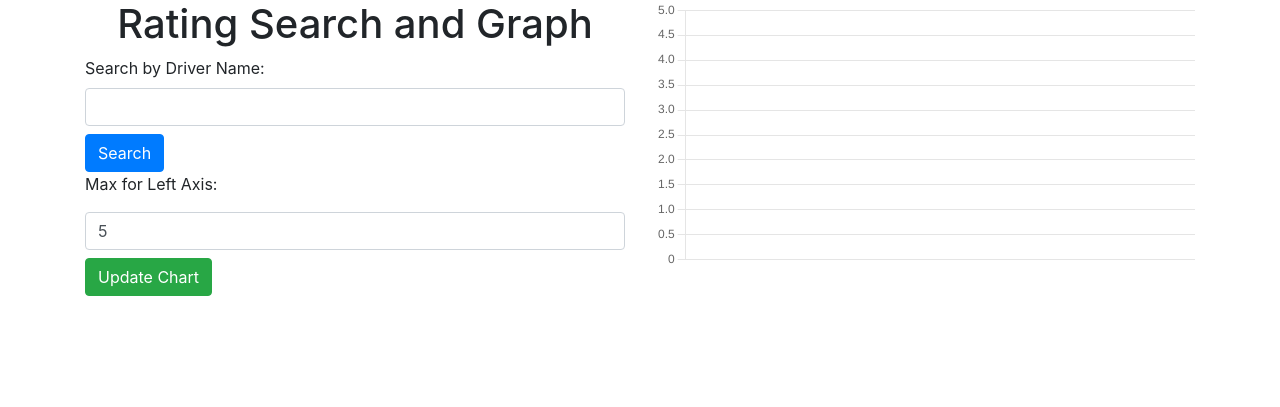
Repository: adrcstro/TrackingManagement
Page: http://localhost/tcpdf/Loginsystem/fetchdata.php
An editor plug-in stored every save of this project. The page is shown before and after the next save, followed by the edit.
The browser window is 1280 px wide. The pictures show the whole page.
Some web libraries are served in a nearby version. The page is run by PHP 8.4 with error messages shown; the project is at /var/www/html/. Queries for data that is not in the repository find no rows.

Above is the page before, as saved 2023-11-24 18:33:15.
Console error: TypeError: Cannot read properties of null (reading 'addEventListener')

### Loginsystem/fetchdata.php
<!DOCTYPE html>
<html lang="en">
<head>
    <meta charset="UTF-8">
    <meta name="viewport" content="width=device-width, initial-scale=1.0">
    <link href="https://maxcdn.bootstrapcdn.com/bootstrap/4.5.2/css/bootstrap.min.css" rel="stylesheet">
    <link href="https://cdnjs.cloudflare.com/ajax/libs/font-awesome/5.15.1/css/all.min.css" rel="stylesheet"> <!-- Font Awesome -->
    <script src="https://cdn.jsdelivr.net/npm/chart.js"></script>

    <style>
        .card {
            transition: transform 0.3s;
            position: relative;
            box-shadow: 0 4px 8px rgba(0, 0, 0, 0.1);
            height: 100%;
        }

        .card:hover {
            transform: scale(1.05);
            box-shadow: 0 8px 16px rgba(0, 0, 0, 0.2);
        }

        .card-img-top {
            object-fit: cover;
            height: 250px;
            width: 100%;
        }

        .card-body {
            padding-bottom: 40px; /* Adjust padding to accommodate the button */
        }

        .card-title {
            height: -3rem; /* Limit the height of the title */
            overflow: hidden;
        }

        .card-text {
            max-height: 6rem; /* Limit the height of the description */
            overflow: hidden;
        }

        .read-more-modal {
            max-width: 800px; /* Adjust the width of the modal */
        }
    </style>
    <title>News and Events</title>
</head>
<body>


<div class="container">
        <div class="row">
            <div class="col-md-6">
                <h1 class="text-center">Rating Search and Graph</h1>

                <form method="post" action="">
                    <label for="search">Search by Driver Name:</label>
                    <input type="text" name="search" id="search" class="form-control">
                    <input type="submit" value="Search" class="btn btn-primary mt-2">
                </form>

                <!-- Input field for max value of left axis -->
                <label for="maxLeft">Max for Left Axis:</label>
                <input type="number" name="maxLeft" id="maxLeft" value="5" class="form-control mt-2">

                <button onclick="updateChart()" class="btn btn-success mt-2">Update Chart</button>
            </div>

            <div class="col-md-6">
                <div style="width: 100%;">
                    <canvas id="myChart"></canvas>
                </div>
            </div>
        </div>
    </div>


<script>
        // Add your custom scripts here
        function updateChart() {
            // Your chart update logic
        }
    </script>
<?php
// Connect to your database
$servername = "localhost"; // Replace with your server name
$username = "root"; // Replace with your username
$password = ""; // Replace with your password
$dbname = "plate-to-place-v-tracking";

$conn = new mysqli($servername, $username, $password, $dbname);

// Check connection
if ($conn->connect_error) {
    die("Connection failed: " . $conn->connect_error);
}

// Function to fetch data from the rating table based on the search term
function fetchData($conn, $searchTerm) {
    $sql = "SELECT DriverName, Rate FROM rating WHERE DriverName LIKE '%$searchTerm%'";
    $result = $conn->query($sql);

    $data = array();
    if ($result->num_rows > 0) {
        while ($row = $result->fetch_assoc()) {
            $data[] = $row;
        }
    }

    return $data;
}

// Process search form submission
if ($_SERVER["REQUEST_METHOD"] == "POST") {
    $searchTerm = $_POST["search"];
    $data = fetchData($conn, $searchTerm);
} else {
    // If no search term, initialize with an empty array
    $data = array();
}

// Close the database connection
$conn->close();
?>

<script>
// Prepare data for Chart.js
var data = <?php echo json_encode($data); ?>;

// Create an object to count the occurrences of each rating for each driverName
var ratingCounts = {};

data.forEach(function(item) {
    var driverName = item.DriverName;
    var rate = item.Rate;

    // Initialize the count for the driverName if not already present
    if (!ratingCounts[driverName]) {
        ratingCounts[driverName] = [0, 0, 0, 0, 0]; // Index 0 represents rating 1, index 4 represents rating 5
    }

    // Increment the count for the corresponding rating
    ratingCounts[driverName][rate - 1]++;
});

// Prepare labels and data for the chart
var labels = Object.keys(ratingCounts);
var datasets = [];

// Iterate through each driverName and create a dataset for the bar graph
labels.forEach(function(driverName) {
    var counts = ratingCounts[driverName];

    datasets.push({
        label: driverName,
        data: counts,
        backgroundColor: getRandomColor(), // Function to get a random color for each driverName
        borderColor: 'rgba(75, 192, 192, 1)',
        borderWidth: 1
    });
});

// Default max value for left axis
var maxLeft = 5;

// Declare myChart outside the function
var myChart;

// Draw the initial bar chart
drawChart();

// Function to draw or update the bar chart
function drawChart() {
    var ctx = document.getElementById('myChart').getContext('2d');
    myChart = new Chart(ctx, {
        type: 'bar',
        data: {
            labels: ['Unsatisfactory/Very Poor', 'Poor', 'Satisfactory/Fair', 'Good', 'Excellent'], // Ratings 1 to 5
            datasets: datasets
        },
        options: {
            scales: {
                y: {
                    beginAtZero: true,
                    stepSize: 1,
                    max: maxLeft
                }
            }
        }
    });
}

// Function to generate a random color
function getRandomColor() {
    var letters = '0123456789ABCDEF';
    var color = '#';
    for (var i = 0; i < 6; i++) {
        color += letters[Math.floor(Math.random() * 16)];
    }
    return color;
}

// Function to update the chart based on user input
function updateChart() {
    // Get value from input field
    maxLeft = parseInt(document.getElementById('maxLeft').value);

    // Destroy the existing chart and redraw with updated options
    myChart.destroy();
    drawChart();
}
</script>









<div class="container mt-5 mb-5">
    <div class="row">
    <?php
        // Replace these with your actual database connection details
        $host = "localhost";
        $username = "root";
        $password = "";
        $database = "plate-to-place-v-tracking";

        // Create a database connection
        $your_db_connection = mysqli_connect($host, $username, $password, $database);

        // Check the connection
        if (!$your_db_connection) {
            die("Connection failed: " . mysqli_connect_error());
        }

        // Fetch data from the "newsandevents" table
        $query = "SELECT id, Username, Age, Password, PermittoOperate,PhoneNumber,HomeAddress FROM driverstbl";
        $result = mysqli_query($your_db_connection, $query);

        // Check if the query was successful
        if ($result) {
            // Fetch data row by row
            while ($row = mysqli_fetch_assoc($result)) {
                $drivername = $row['Username'];
                $ViehicleNumber = $row['Age'];
                $PlateNumber = $row['Password'];
                $image = $row['PermittoOperate'];
                $phone = $row['PhoneNumber'];
                $home = $row['HomeAddress'];

                // Display data in Bootstrap cards
                echo '<div class="col-md-4 mb-5">';
                echo '<div class="card">';
                echo '<img src="uploads/' . $image . '" class="card-img-top" alt="Card Image">';
                echo '<div class="card-body text-center">';

                // Displaying the driver information
                // Existing code

echo '<h6 class="card-title">Drivers Name: <span style="font-weight:normal;">' . $drivername . '</span></h6>';
echo '<h6 class="card-title">Vehicle Number: <span style="font-weight:normal;">' . $ViehicleNumber . '</span></h6>';
echo '<h6 class="card-title">Plate Number: <span style="font-weight:normal;">' . $PlateNumber . '</span></h6>';
echo '<h6 class="card-title">Phone Number: <span style="font-weight:normal;">' . $phone . '</span></h6>';
echo '<h6 class="card-title">Home Address: <span style="font-weight:normal;">' . $home . '</span></h6>';
                echo '</div>';
                echo '</div>';
                echo '</div>';
            }

            // Free result set
            mysqli_free_result($result);
        } else {
            // Handle the error if the query fails
            echo "Error: " . mysqli_error($your_db_connection);
        }

        // Close the database connection
        mysqli_close($your_db_connection);
    ?>
    </div>
</div>

<script src="https://code.jquery.com/jquery-3.5.1.slim.min.js"></script>
<script src="https://cdn.jsdelivr.net/npm/@popperjs/core@2.5.3/dist/umd/popper.min.js"></script>
<script src="https://maxcdn.bootstrapcdn.com/bootstrap/4.5.2/js/bootstrap.min.js"></script>
<script src="https://kit.fontawesome.com/your-font-awesome-kit-id.js" crossorigin="anonymous"></script>









<script>
    // Initialize Bootstrap tooltips
    $(function () {
        $('[data-toggle="tooltip"]').tooltip();
    });
</script>

<script>
    document.addEventListener("DOMContentLoaded", function() {
        const searchInput = document.getElementById("SearchDriver");
        const searchResults = document.getElementById("searchResults");

        searchInput.addEventListener("input", function() {
            const searchText = searchInput.value.toLowerCase();
            if (searchText.length > 0) {
                fetch(`fetchdatadetails.php?search=${searchText}`)
                    .then(response => response.text())
                    .then(data => {
                        searchResults.innerHTML = data;
                    })
                    .catch(error => {
                        console.error('Error:', error);
                    });
            } else {
                searchResults.innerHTML = "";
            }
        });
    });
</script>
</body>
</html>

After the next save:
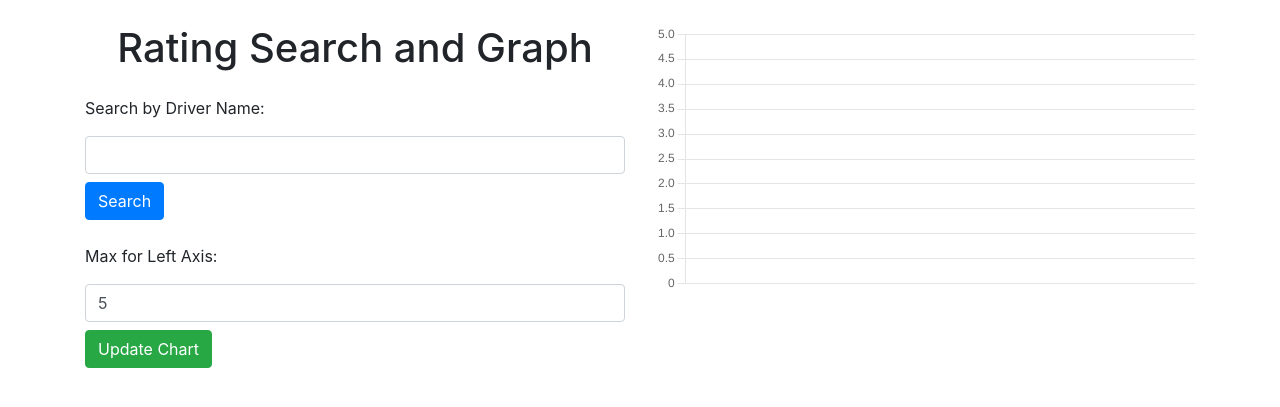
Saved 82 s later.
--- a/Loginsystem/fetchdata.php
+++ b/Loginsystem/fetchdata.php
@@ -48,27 +48,26 @@
 </head>
 <body>
 
-
 <div class="container">
         <div class="row">
             <div class="col-md-6">
-                <h1 class="text-center">Rating Search and Graph</h1>
-
-                <form method="post" action="">
+                <h1 class="text-center mt-4">Rating Search and Graph</h1>
+
+                <form method="post" action="" class="mt-4">
                     <label for="search">Search by Driver Name:</label>
-                    <input type="text" name="search" id="search" class="form-control">
+                    <input type="text" name="search" id="search" class="form-control mt-2">
                     <input type="submit" value="Search" class="btn btn-primary mt-2">
                 </form>
 
                 <!-- Input field for max value of left axis -->
-                <label for="maxLeft">Max for Left Axis:</label>
+                <label for="maxLeft" class="mt-4">Max for Left Axis:</label>
                 <input type="number" name="maxLeft" id="maxLeft" value="5" class="form-control mt-2">
 
                 <button onclick="updateChart()" class="btn btn-success mt-2">Update Chart</button>
             </div>
 
             <div class="col-md-6">
-                <div style="width: 100%;">
+                <div style="width: 100%;" class="mt-4">
                     <canvas id="myChart"></canvas>
                 </div>
             </div>
